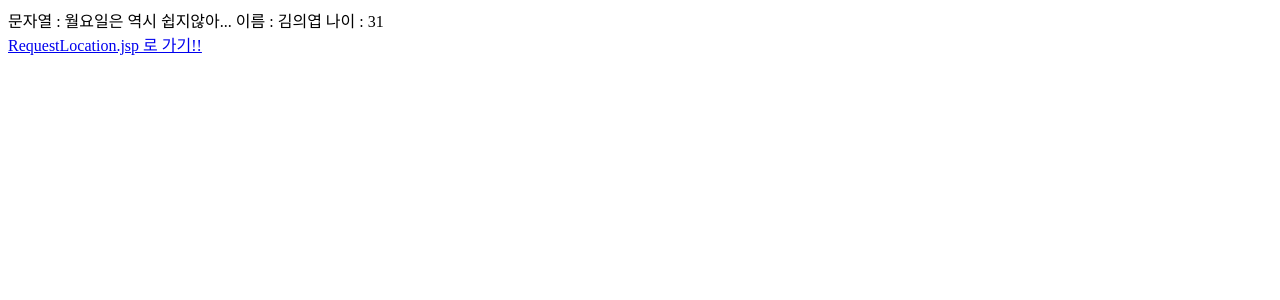
Repository: kimeuiyeob/KOPO_JSP_Study_2
Page: http://localhost/JspStudy/03Scope/RequestMain.jsp
An editor plug-in stored every save of this project. The page is shown before and after the next save, followed by the edit.
The browser window is 1280 px wide. The pictures show the whole page.
The page is served by Tomcat 9.

Above is the page before, as saved 2023-06-19 00:49:26.

After the next save:
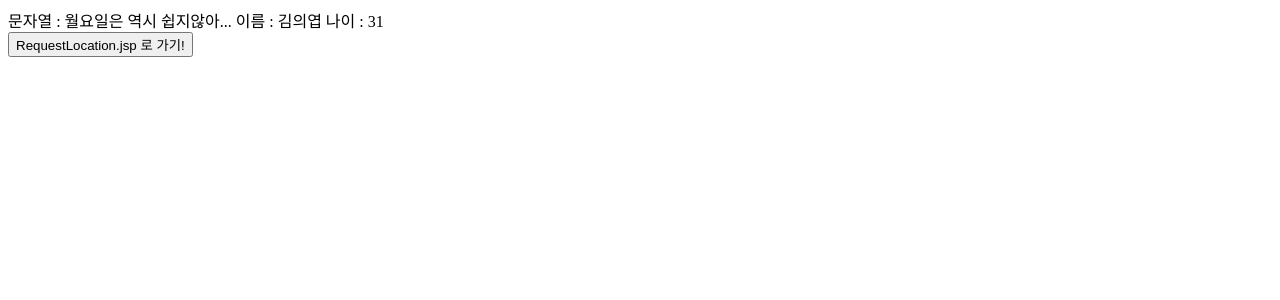
Saved 77 s later.
--- a/JspStudy/src/main/webapp/03Scope/RequestMain.jsp
+++ b/JspStudy/src/main/webapp/03Scope/RequestMain.jsp
@@ -28,10 +28,12 @@
 	<%="이름 : " + person.getName()%>
 	<%="나이 : " + person.getAge()%>
 
-	<form action="RequestLocation.jsp"></form>
-
-
-	<a href="RequestLocation.jsp">RequestLocation.jsp 로 가기!!</a>
+	<form action="RequestLocation.jsp">
+		<input type="hidden" name="str" value="<%=str%>"> <input
+			type="hidden" name="str" value="<%=str%>"> <input
+			type="hidden" name="str" value="<%=str%>"> <input
+			type="submit" value="RequestLocation.jsp 로 가기!">
+	</form>
 
 
 
